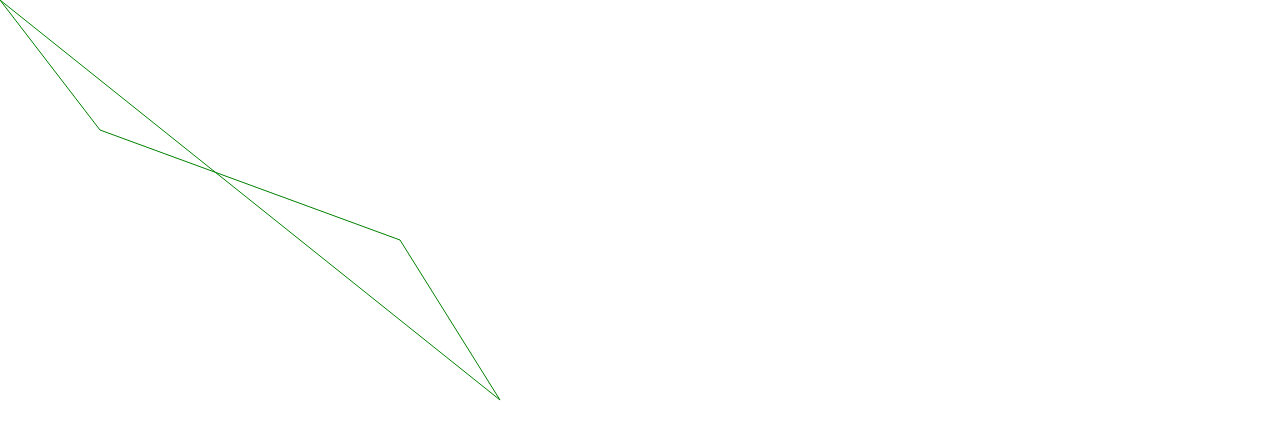
Repository: Lixianlai-2/Canvas-demo
Page: index.html
An editor plug-in stored every save of this project. The page is shown before and after the next save, followed by the edit.
The browser window is 1280 px wide. The pictures show the whole page.

Above is the page before, as saved 2021-12-19 19:28:34.

### index.html
<!DOCTYPE html>
<html lang="en">
  <head>
    <meta charset="UTF-8" />
    <meta http-equiv="X-UA-Compatible" content="IE=edge" />
    <meta name="viewport" content="width=device-width, initial-scale=1.0" />
    <link rel="stylesheet" href="/style.css" />
    <script defer src="/main.js"></script>
    <title>Document</title>
  </head>
  <body>
    <canvas id="canvass" height="100" width="100"></canvas>
  </body>
</html>

### style.css
* {
  margin: 0;
  padding: 0;
  box-sizing: border-box;
}

#canvass {
  display: block;
}

### main.js
const canvas = document.querySelector("#canvass");
console.log(canvas);
canvas.height = document.documentElement.clientHeight;
canvas.width = document.documentElement.clientWidth;
console.log(screen);

let ctx = canvas.getContext("2d");

// 让填充色和边框色都变成同一个
ctx.strokeStyle = "green";
ctx.fillStyle = "green";

ctx.beginPath();
// 起点位置
ctx.moveTo(0, 0);

// 终点位置
ctx.lineTo(100, 130);

// 第三个点的位置
ctx.lineTo(400, 240);

ctx.lineTo(500, 400);

//将最后一个点和第一个点连接起来
ctx.closePath();
ctx.stroke();

// --------------------------------------------
// 手机端

// 检测是否为手机端的函数，要判断的话需要执行它
function is_touch_enabled() {
  return (
    "ontouchstart" in window ||
    navigator.maxTouchPoints > 0 ||
    navigator.msMaxTouchPoints > 0
  );
}

// 注意这里要用is_touch_enabled()，要执行这个函数
if (is_touch_enabled() === true) {
  canvas.ontouchmove = (e) => {
    console.log(e);
    ctx.fill();
    ctx.beginPath();
    ctx.arc(
      e.touches[0].clientX,
      e.touches[0].clientY,
      5,
      0,
      Math.PI * 2,
      true
    ); // 绘制
    ctx.stroke();
  };
}

// ----------------------------------------------------
// 非手机端

let painting = false;
// 设置判断条件，当鼠标按下时
canvas.onmousedown = () => {
  painting = true;
};

// 当鼠标松开时
canvas.onmouseup = () => {
  painting = false;
};

canvas.onmousemove = (e) => {
  // 注意不是=，这是赋值
  if (painting === true) {
    // 画颜色
    ctx.fill();
    ctx.beginPath();
    ctx.arc(e.clientX, e.clientY, 5, 0, Math.PI * 2, true); // 绘制
    ctx.stroke();
  }
};

After the next save:
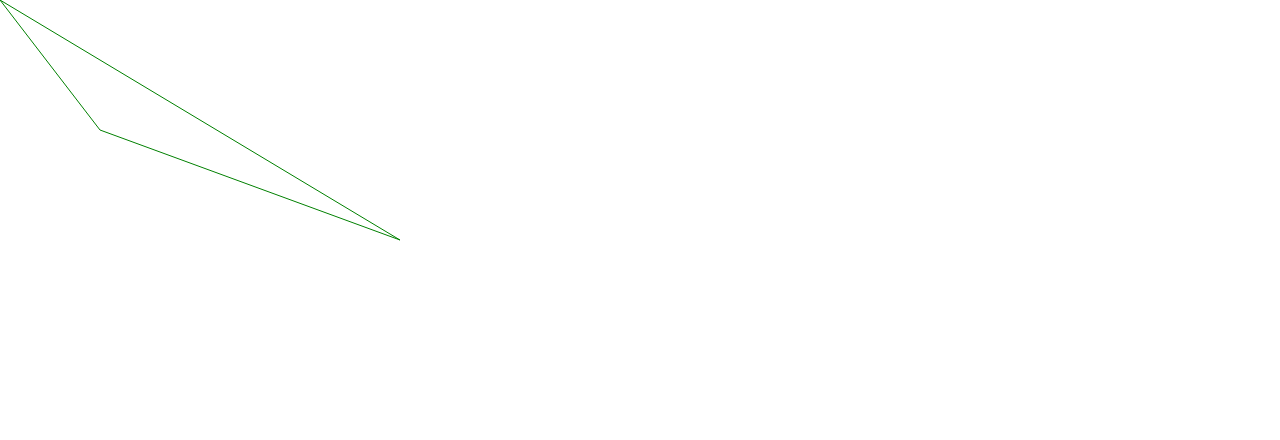
Saved 61 s later.
--- a/main.js
+++ b/main.js
@@ -19,8 +19,6 @@ ctx.lineTo(100, 130);
 
 // 第三个点的位置
 ctx.lineTo(400, 240);
-
-ctx.lineTo(500, 400);
 
 //将最后一个点和第一个点连接起来
 ctx.closePath();
